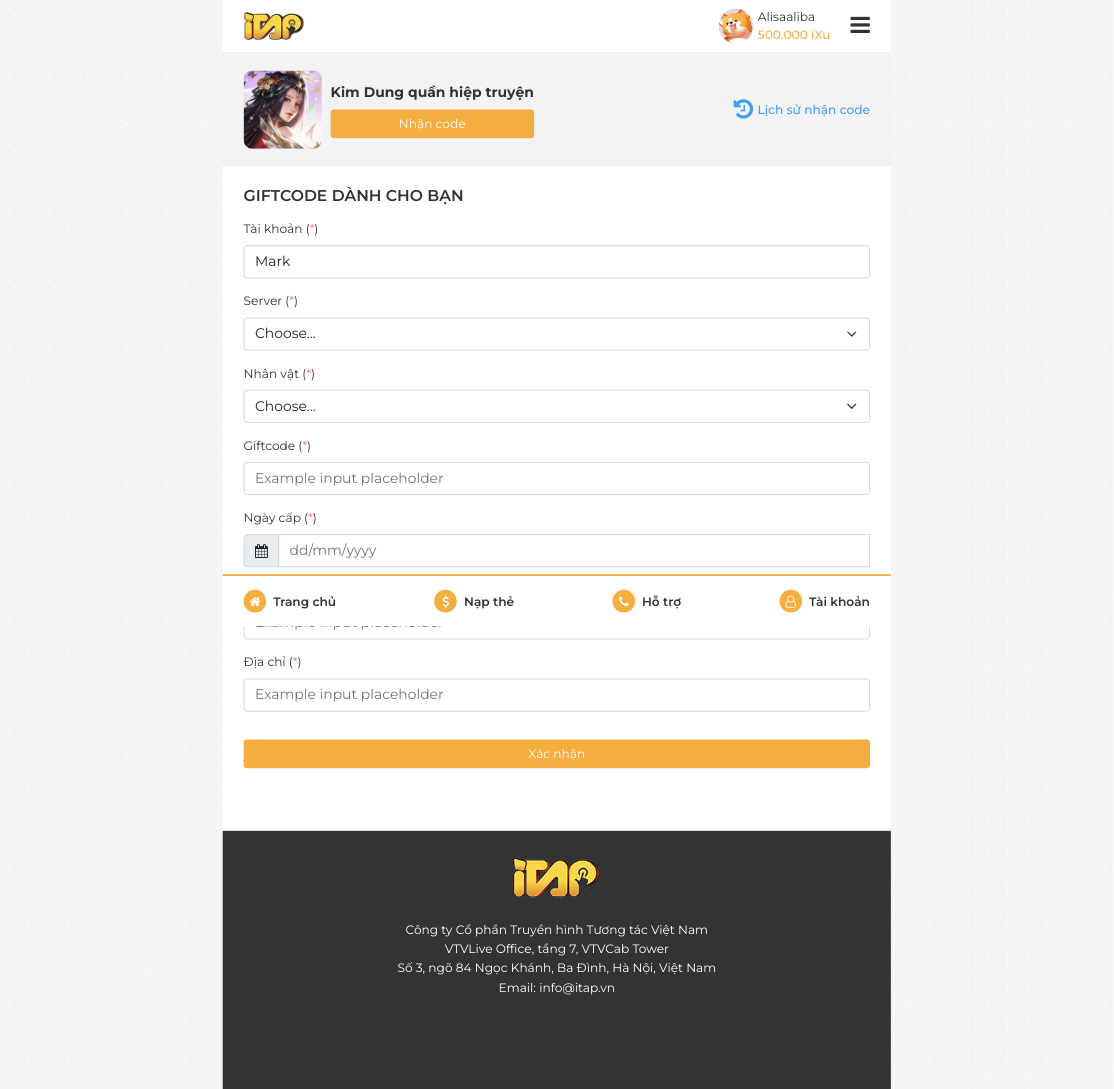
Repository: bastrxxx/portal
Page: giftcode-nhapcodean.html
These files come from the project's save history. The page is drawn as it stood at one moment and after the next save; the edit follows.
The browser window is 1280 px wide. The pictures show the whole page, at 87% of full size.
Some web libraries are served in a nearby version. The style sheet was rebuilt from its Sass, Less or Tailwind sources for each picture, by a compiler version that may differ from the author's.

Above is the page before, as saved 2021-11-16 14:42:41.

After the next save:
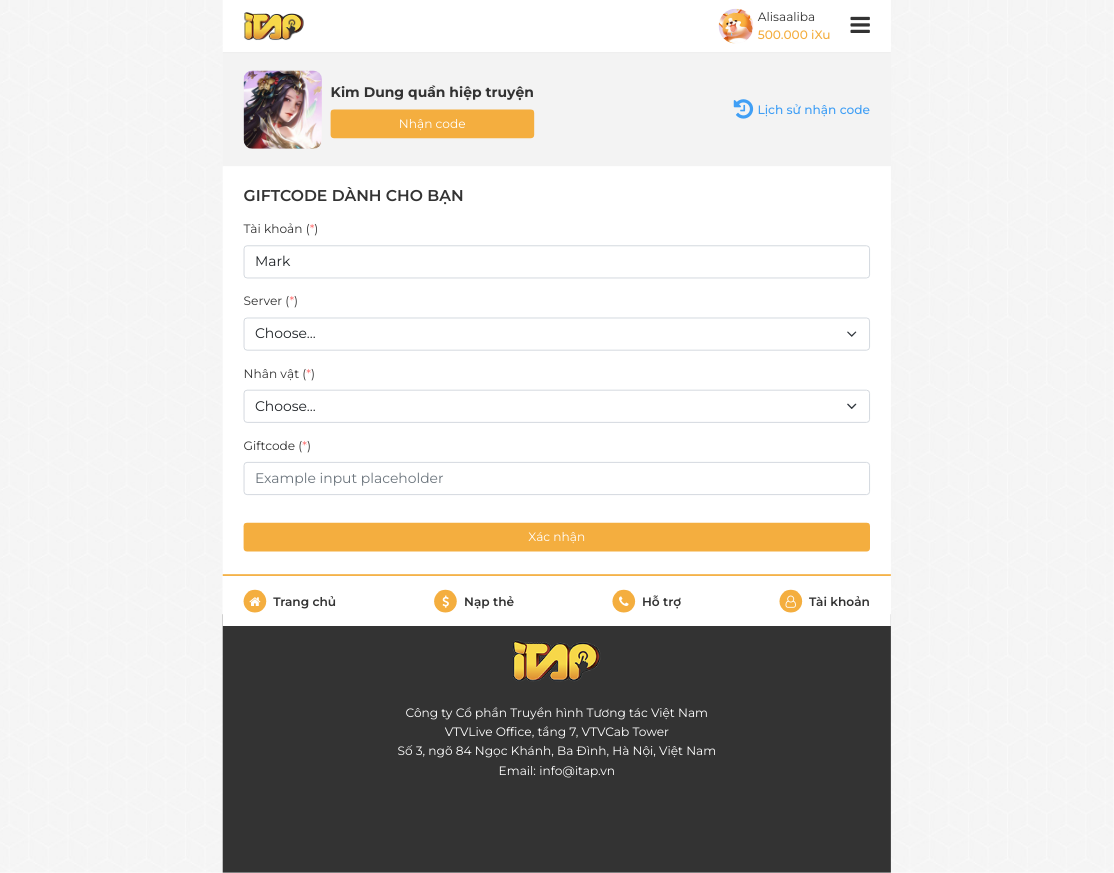
Saved 10 s later.
--- a/giftcode-nhapcodean.html
+++ b/giftcode-nhapcodean.html
@@ -144,33 +144,6 @@
 						  Please provide a valid city.
 						</div>
 					</div>
-					<div class="mb-3">
-					  <label for="ngaycap" class="form-label">Ngày cấp &#40;<span class="error">*</span>&#41;</label>
-					  <div class="input-group">
-						<span class="input-group-text">
-							<i class="fa fa-calendar" aria-hidden="true"></i>
-						</span>
-						<input data-datepicker="" class="form-control" id="ngaycap" type="text" placeholder="dd/mm/yyyy" required>
-						  <div class="invalid-feedback">
-						  Please provide a valid city.
-						</div>
-						</div>
-
-					</div>
-					<div class="mb-3">
-					  <label for="formGroupExampleInput" class="form-label">Nơi cấp &#40;<span class="error">*</span>&#41;</label>
-					  <input type="text" class="form-control" id="noicap" placeholder="Example input placeholder">
-						<div class="invalid-feedback">
-						  Please provide a valid city.
-						</div>
-					</div>
-					<div class="mb-3">
-					  <label for="formGroupExampleInput" class="form-label">Địa chỉ &#40;<span class="error">*</span>&#41;</label>
-					  <input type="text" class="form-control" id="diachi" placeholder="Example input placeholder">
-						<div class="invalid-feedback">
-						  Please provide a valid city.
-						</div>
-					</div>
 					<div class="col-12 mt-3 mb-5">
 						<button class="btn xacnhan btn-primary" type="submit">Xác nhận</button>
 					</div>
